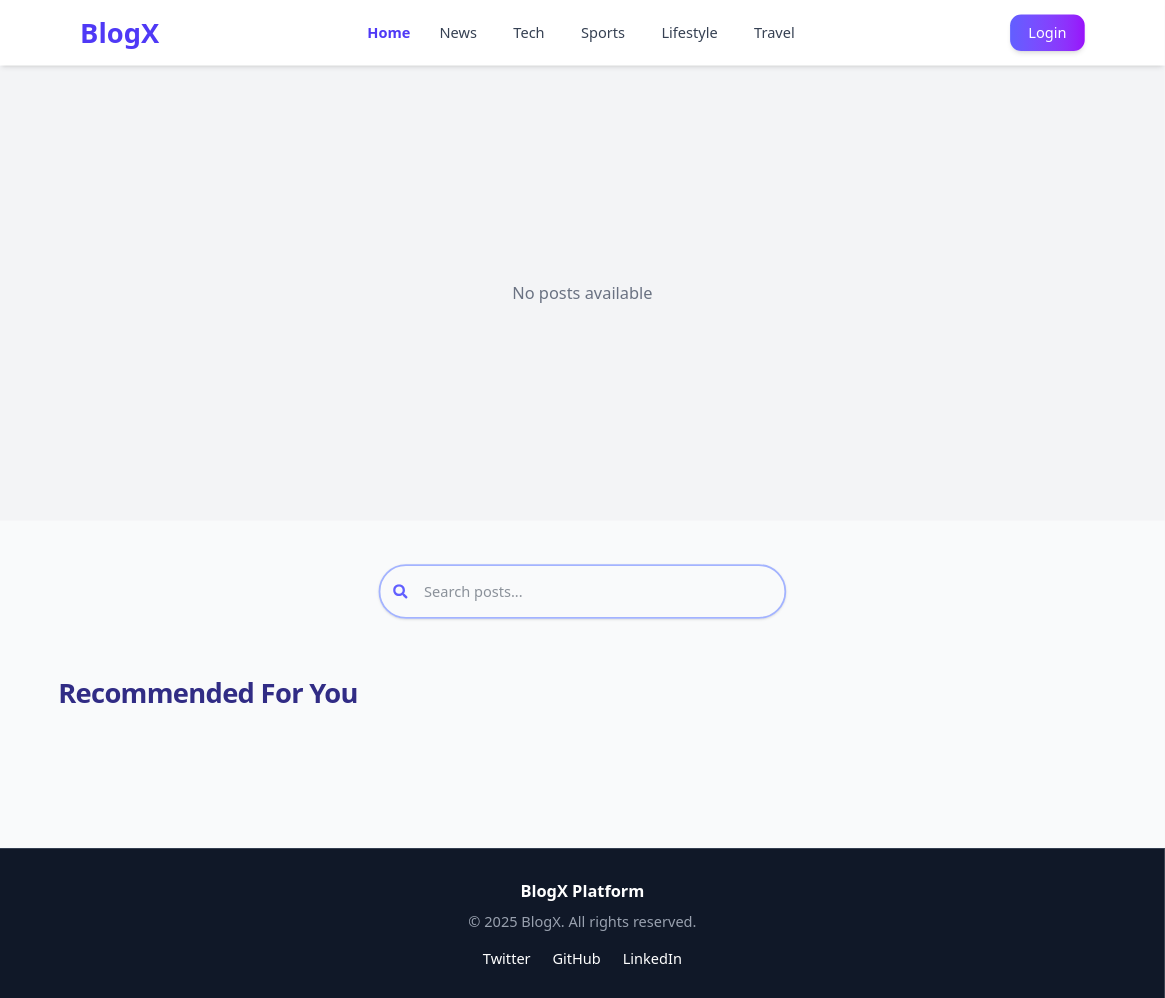
Repository: kundanchouhan12/BlogX
Page: / (app in blogx-Frontend/)
These files come from the project's save history. The page is drawn as it stood at one moment and after the next save; the edit follows.
The browser window is 1280 px wide. The pictures show the whole page, at 91% of full size.
The page's requests for data from a server got no answer. The project was rebuilt for these pictures with package versions that can differ from the ones it lists, and the page was loaded fresh each time. No one was signed in, and anything a server would have sent is missing. Also part of the build but not shown: blogx-Frontend/vite.config.js, blogx-Frontend/src/pages/Login.jsx, blogx-Frontend/src/pages/Signup.jsx, blogx-Frontend/src/pages/CreatePost.jsx, blogx-Frontend/src/components/PrivateRoute.jsx, blogx-Frontend/src/pages/BlogDetails.css, blogx-Frontend/src/pages/BlogDetails.jsx, blogx-Frontend/src/components/UpdatePost.jsx.

Above is the page before, as saved 2025-09-23 19:57:40.

### blogx-Frontend/src/main.jsx
// src/main.jsx
import ReactDOM from "react-dom/client";
import { BrowserRouter } from "react-router-dom";
import App from "./App";
import { AuthProvider } from "./context/AuthContext";
import { PostsProvider } from "./context/PostsContext";
import "./index.css"; // Ensure this exists

ReactDOM.createRoot(document.getElementById("root")).render(
    <BrowserRouter>
      <AuthProvider>
        <PostsProvider>
          <App />
        </PostsProvider>
      </AuthProvider>
    </BrowserRouter>
);

### blogx-Frontend/src/App.jsx
import { Routes, Route, Navigate } from "react-router-dom";
import Navbar from "./components/Navbar";
import Home from "./pages/Home";
import Login from "./pages/Login";
import Signup from "./pages/Signup";
import CreatePost from "./pages/CreatePost";
import PrivateRoute from "./components/PrivateRoute";
import BlogDetails from "./pages/BlogDetails";
import UpdatePost from "./components/UpdatePost";

export default function App() {
  return (
    <div className="min-h-screen flex flex-col">
      {/* Navbar har page par show hoga */}
      <Navbar />

      {/* Routes */}
      <div className="flex-grow">
        <Routes>
          <Route path="/" element={<Home />} />
          <Route path="/login" element={<Login />} />
          <Route path="/signup" element={<Signup />} />

          {/* Create Post */}
          <Route
            path="/create-post"
            element={
              <PrivateRoute>
                <CreatePost />
              </PrivateRoute>
            }
          />
          {/* Optional alias redirect: /create → /create-post */}
          <Route path="/create" element={<Navigate to="/create-post" />} />

          {/* Update Post */}
          <Route
            path="/update-post/:id"
            element={
              <PrivateRoute>
                <UpdatePost />
              </PrivateRoute>
            }
          />

          {/* Blog Details */}
          <Route
            path="/posts/:id"
            element={
              <PrivateRoute>
                <BlogDetails />
              </PrivateRoute>
            }
          />
        </Routes>
      </div>
    </div>
  );
}

### blogx-Frontend/src/context/AuthContext.jsx
import { createContext, useContext, useState } from "react";
import { useNavigate } from "react-router-dom";
import axios from "axios";

const API_URL = import.meta.env.VITE_BACKEND_URL;

const AuthContext = createContext();

export function AuthProvider({ children }) {
  const navigate = useNavigate();
  const [user, setUser] = useState(() => {
    const saved = localStorage.getItem("user");
    try {
      return saved ? JSON.parse(saved) : null;
    } catch {
      localStorage.removeItem("user");
      return null;
    }
  });
  const [token, setToken] = useState(() => localStorage.getItem("token") || null);

  const login = (userData, jwtToken) => {
      console.log("Logging in token:", jwtToken); // debug
    setUser(userData);
    setToken(jwtToken);
    localStorage.setItem("user", JSON.stringify(userData));
    localStorage.setItem("token", jwtToken);
    navigate("/");
  };

  const logout = () => {
    setUser(null);
    setToken(null);
    localStorage.removeItem("user");
    localStorage.removeItem("token");
    navigate("/login");
  };

  const signup = async (userData) => {
    try {
      const res = await axios.post(`${API_URL}/api/auth/signup`, userData);
      const { user, token } = res.data;
      setUser(user);
      setToken(token);
      localStorage.setItem("user", JSON.stringify(user));
      localStorage.setItem("token", token);
      navigate("/login");
    } catch (err) {
      console.error("Signup error:", err.response?.data || err.message);
      throw err;
    }
  };

  return (
    <AuthContext.Provider value={{ user, token, login, logout, signup, API_URL }}>
      {children}
    </AuthContext.Provider>
  );
}

export const useAuth = () => useContext(AuthContext);

### blogx-Frontend/src/index.css
@tailwind base;
@tailwind components;
@tailwind utilities;

body {
  @apply bg-gray-100 text-gray-800;
}
@import "tailwindcss";

### blogx-Frontend/src/pages/Home.jsx
import { useEffect, useState } from "react";
import { useAuth } from "../context/AuthContext";
import { usePosts } from "../context/PostsContext";
import { Link } from "react-router-dom";
import { FaArrowRight, FaFeatherAlt, FaSearch } from "react-icons/fa";
import Footer from "../components/Footer";
import axios from "axios";

export default function Home() {
  const { posts, fetchPosts } = usePosts();
  const { user, API_URL, token } = useAuth();
  const [search, setSearch] = useState("");
  const [currentPage, setCurrentPage] = useState(1);
  const postsPerPage = 6;
  const [users, setUsers] = useState([]);
  const [topAuthors, setTopAuthors] = useState([]);

  // Fetch users from backend
  const fetchUsers = async () => {
    try {
      const res = await axios.get(`${API_URL}/api/users`, {
        headers: token ? { Authorization: `Bearer ${token}` } : {},
      });
      setUsers(res.data || []);
    } catch (err) {
      console.error("fetchUsers error:", err.response?.data || err.message);
      setUsers([]);
    }
  };

  // Top authors logic
  useEffect(() => {
    if (!users.length || !posts.length) return;
    const authorPostCount = users.map((u) => {
      const count = posts.filter((p) => p.username === u.name).length;
      return { ...u, postCount: count };
    });
    const sortedAuthors = authorPostCount
      .sort((a, b) => b.postCount - a.postCount)
      .slice(0, 5);
    setTopAuthors(sortedAuthors);
  }, [users, posts]);

  // Refresh posts and users periodically
  useEffect(() => {
    fetchPosts();
    fetchUsers();
    const interval = setInterval(() => {
      fetchPosts();
      fetchUsers();
    }, 30000);
    return () => clearInterval(interval);
  }, [fetchPosts]);

  // Filter posts by search
  const filteredPosts = posts.filter((p) =>
    [p.title, p.content, p.username].some((field) =>
      field?.toLowerCase().includes(search.toLowerCase())
    )
  );

  // Pagination
  const totalPages = Math.ceil(filteredPosts.length / postsPerPage);
  const startIndex = (currentPage - 1) * postsPerPage;
  const displayedPosts = [...filteredPosts]
    .sort((a, b) => new Date(b.createdAt) - new Date(a.createdAt))
    .slice(startIndex, startIndex + postsPerPage);

  const handlePageClick = (page) => setCurrentPage(page);
  const handleNext = () =>
    setCurrentPage((prev) => Math.min(prev + 1, totalPages));
  const handlePrev = () => setCurrentPage((prev) => Math.max(prev - 1, 1));

  // Slider: latest 5 posts with images
  const sliderPosts = [...posts]
    .filter((p) => p.imageUrl)
    .sort((a, b) => new Date(b.createdAt) - new Date(a.createdAt))
    .slice(0, 5);

  // Recommended posts for "Recently Added / Recommended For You"
  const recommendedPosts = [...posts]
    .sort((a, b) => new Date(b.createdAt) - new Date(a.createdAt))
    .slice(0, 5);

  function HeroSlider({ posts }) {
    const [current, setCurrent] = useState(0);
    useEffect(() => {
      if (!posts.length) return;
      const interval = setInterval(
        () => setCurrent((prev) => (prev + 1) % posts.length),
        5000
      );
      return () => clearInterval(interval);
    }, [posts]);

    if (!posts.length)
      return (
        <div className="h-[300px] sm:h-[400px] md:h-[500px] flex items-center justify-center bg-gray-100">
          <p className="text-gray-500 text-lg">No posts available</p>
        </div>
      );

    const post = posts[current];
    return (
      <div className="relative w-full h-[300px] sm:h-[400px] md:h-[500px] overflow-hidden rounded-xl shadow-2xl transition-all duration-700 ease-in-out">
        <img
          src={post.imageUrl}
          alt={post.title}
          className="absolute inset-0 w-full h-full object-cover scale-105 blur-sm"
        />
        <div className="absolute inset-0 bg-gradient-to-t from-black via-black/60 to-transparent" />
        <div className="relative z-10 flex flex-col justify-center h-full max-w-4xl mx-auto px-4 sm:px-6 text-white text-center sm:text-left">
          <span className="bg-indigo-600 px-4 py-1 rounded-full text-sm font-semibold w-fit mb-4 shadow-md mx-auto sm:mx-0">
            {post.username || user?.name || "Anonymous"}
          </span>
          <h1 className="text-3xl sm:text-4xl md:text-5xl font-extrabold leading-tight drop-shadow-xl">
            {post.title}
          </h1>
          <p className="mt-4 text-base sm:text-lg text-indigo-100 max-w-2xl mx-auto sm:mx-0 line-clamp-3">
            {post.content}
          </p>
          <Link
            to={`/posts/${post.id}`}
            className="mt-6 inline-flex items-center gap-2 bg-white text-indigo-700 font-bold px-6 py-3 rounded-full shadow-lg hover:scale-105 hover:bg-indigo-100 transition-transform mx-auto sm:mx-0"
          >
            Read Full Story <FaArrowRight />
          </Link>
        </div>
      </div>
    );
  }

  return (
    <div className="flex flex-col min-h-screen bg-gray-50 font-sans">
      <main className="flex-grow pb-12">
        <HeroSlider posts={sliderPosts} />

        <div className="max-w-7xl mx-auto px-4 sm:px-6 lg:px-8 w-full mt-12">
          {/* Search Bar */}
          <div className="flex justify-center mb-6">
            <div className="relative w-full max-w-md">
              <input
                type="text"
                placeholder="Search posts..."
                value={search}
                onChange={(e) => {
                  setSearch(e.target.value);
                  setCurrentPage(1);
                }}
                className="w-full p-4 pl-12 border-2 border-indigo-300 rounded-full shadow-sm focus:outline-none focus:ring-2 focus:ring-indigo-500 transition"
              />
              <FaSearch className="absolute left-4 top-1/2 transform -translate-y-1/2 text-indigo-500" />
            </div>
          </div>

          {/* Recommended For You Section */}
          <div className="mt-16 px-4 sm:px-6 lg:px-8">
            <h2 className="text-3xl font-bold text-indigo-900 mb-8 tracking-tight">
              Recommended For You
            </h2>

            <div className="flex overflow-x-auto space-x-6 pb-6 scrollbar-thin scrollbar-thumb-indigo-300 scrollbar-track-transparent">
              {recommendedPosts.map((post) => (
                <div
                  key={post.id}
                  className="min-w-[280px] max-w-sm bg-white rounded-2xl shadow-lg hover:shadow-xl transition-shadow duration-300 flex-shrink-0 border border-gray-100"
                >
                  <img
                    src={post.imageUrl || "https://via.placeholder.com/400x200"}
                    alt={post.title}
                    className="w-full h-44 object-cover rounded-t-2xl"
                  />
                  <div className="p-5 flex flex-col justify-between h-full">
                    <h3 className="text-lg font-semibold text-indigo-800 mb-2 line-clamp-2">
                      {post.title}
                    </h3>
                    <p className="text-gray-600 text-sm mb-4 line-clamp-3">
                      {post.content}
                    </p>
                    <div className="flex justify-between items-center text-sm text-gray-500">
                      <span>
                        By {post.username || user?.name || "Anonymous"}
                      </span>
                      <Link
                        to={`/posts/${post.id}`}
                        className="text-indigo-600 font-medium hover:text-indigo-800 transition-colors flex items-center gap-1"
                      >
                        Read <FaArrowRight className="text-xs" />
                      </Link>
                    </div>
                  </div>
                </div>
              ))}
            </div>
          </div>

          {/* Posts Grid */}
          <div className="grid grid-cols-1 sm:grid-cols-2 lg:grid-cols-3 gap-6 sm:gap-8 mt-12">
            {displayedPosts.map((post) => (
              <div
                key={post.id}
                className="bg-white rounded-2xl shadow-lg hover:shadow-2xl hover:-translate-y-1 transition-all duration-300 overflow-hidden flex flex-col"
              >
                <img
                  src={post.imageUrl || "https://via.placeholder.com/400x200"}
                  alt={post.title}
                  className="w-full h-40 sm:h-48 md:h-56 object-cover"
                />
                <div className="p-4 flex flex-col justify-between flex-grow">
                  <div>
                    <h2 className="text-lg font-bold text-indigo-800 hover:underline transition line-clamp-2">
                      {post.title}
                    </h2>
                    <p className="text-gray-600 mt-2 text-sm line-clamp-3">
                      {post.content}
                    </p>
                  </div>
                  <div className="flex justify-between items-center mt-4">
                    <div className="flex items-center text-gray-500 text-sm">
                      <FaFeatherAlt className="mr-2 text-indigo-500" />
                      <span>
                        By {post.username || user?.name || "Anonymous"}
                      </span>
                    </div>
                    <Link
                      to={`/posts/${post.id}`}
                      className="text-indigo-600 font-semibold hover:underline flex items-center gap-1 text-sm"
                    >
                      Read More <FaArrowRight />
                    </Link>
                  </div>
                </div>
              </div>
            ))}
          </div>

          {/* Most Active Authors Section */}
          {topAuthors.length > 0 && (
            <div className="mt-16">
              <h2 className="text-2xl font-bold text-indigo-800 mb-6">
                Most Active Authors
              </h2>
              <div className="grid grid-cols-2 sm:grid-cols-3 lg:grid-cols-5 gap-6">
                {topAuthors.map((author) => (
                  <div
                    key={author.id}
                    className="bg-white rounded-xl shadow-md hover:shadow-lg transition p-4 flex flex-col items-center text-center"
                  >
                    <div className="h-12 w-12 rounded-full bg-indigo-100 flex items-center justify-center text-indigo-700 font-semibold mb-3">
                      {author.name?.[0]?.toUpperCase() || "A"}
                    </div>
                    <span className="text-indigo-700 font-semibold">
                      {author.name}
                    </span>
                    <span className="text-gray-500 text-sm mt-1">
                      {author.postCount} posts
                    </span>
                  </div>
                ))}
              </div>
            </div>
          )}
        </div>
      </main>

      <Footer />
    </div>
  );
}

### blogx-Frontend/src/components/Footer.jsx
export default function Footer() {
  return (
<footer className="bg-gray-900 text-white py-8 mt-auto border-t border-gray-700">
      <div className="max-w-7xl mx-auto px-4 sm:px-6 lg:px-8 text-center">
        <p className="text-lg font-semibold">BlogX Platform</p>
        <p className="mt-2 text-gray-400">
          © {new Date().getFullYear()} BlogX. All rights reserved.
        </p>
        <div className="flex justify-center gap-6 mt-4">
          <a
            href="https://twitter.com"
            target="_blank"
            rel="noreferrer"
            className="hover:text-indigo-400"
          >
            Twitter
          </a>
          <a
            href="https://github.com"
            target="_blank"
            rel="noreferrer"
            className="hover:text-indigo-400"
          >
            GitHub
          </a>
          <a
            href="https://linkedin.com"
            target="_blank"
            rel="noreferrer"
            className="hover:text-indigo-400"
          >
            LinkedIn
          </a>
        </div>
      </div>
    </footer>
  );
}

Loaded but not shown: blogx-Frontend/index.html (common file); blogx-Frontend/src/components/Navbar.jsx (156 lines, source omitted); blogx-Frontend/src/context/PostsContext.jsx (105 lines, source omitted)

After the next save:
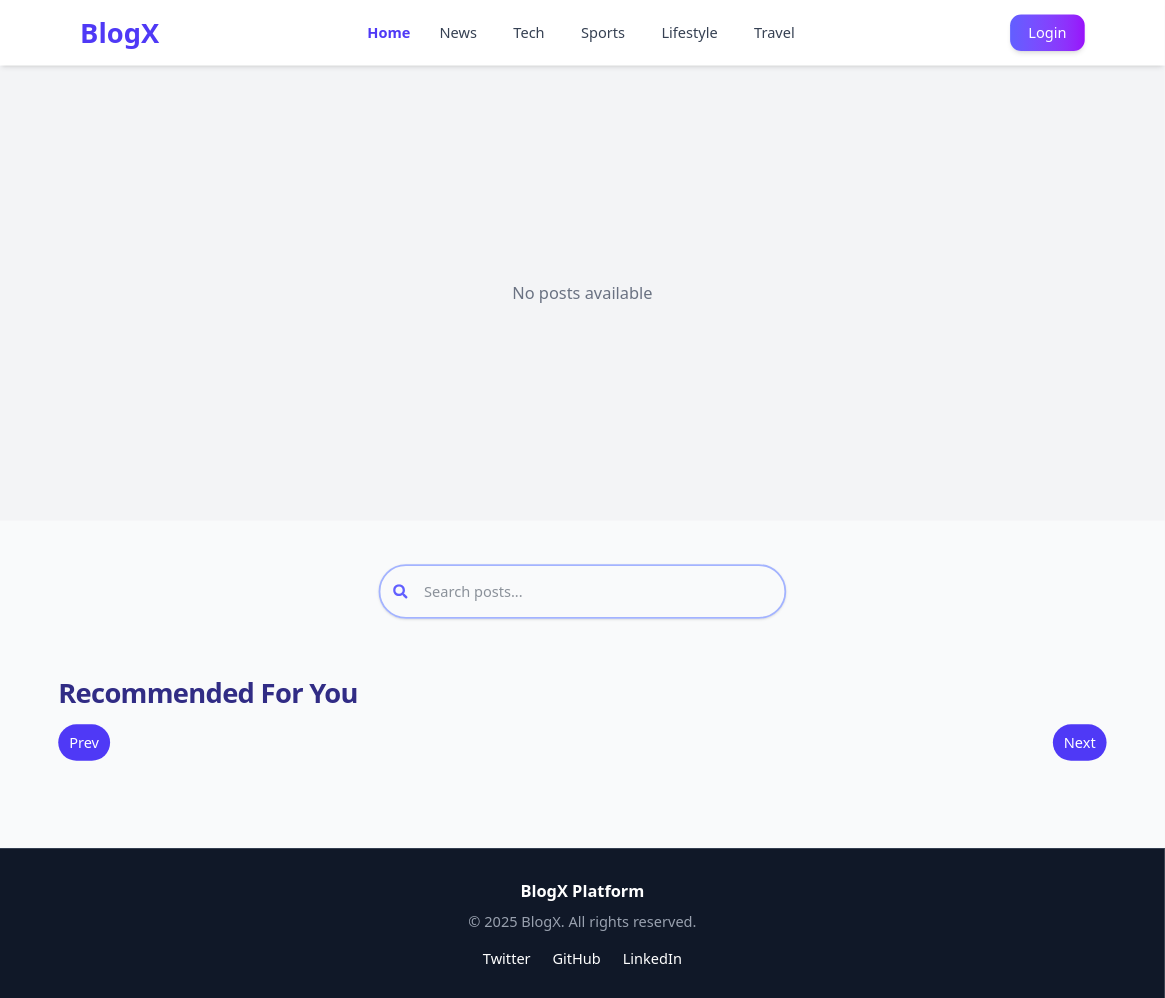
Saved 4 min 36 s later.
--- a/blogx-Frontend/src/pages/Home.jsx
+++ b/blogx-Frontend/src/pages/Home.jsx
@@ -81,6 +81,28 @@ export default function Home() {
   const recommendedPosts = [...posts]
     .sort((a, b) => new Date(b.createdAt) - new Date(a.createdAt))
     .slice(0, 5);
+    // Recommended section state
+const [recIndex, setRecIndex] = useState(0);
+const recPerPage = 3; // ek page me kitne posts show karne hain
+
+// Calculated posts slice
+const displayedRecommended = recommendedPosts.slice(recIndex, recIndex + recPerPage);
+
+// Handlers
+const handleRecNext = () => {
+  setRecIndex((prev) =>
+    prev + recPerPage >= recommendedPosts.length ? 0 : prev + recPerPage
+  );
+};
+
+const handleRecPrev = () => {
+  setRecIndex((prev) =>
+    prev - recPerPage < 0
+      ? Math.max(recommendedPosts.length - recPerPage, 0)
+      : prev - recPerPage
+  );
+};
+
 
   function HeroSlider({ posts }) {
     const [current, setCurrent] = useState(0);
@@ -155,44 +177,57 @@ export default function Home() {
 
           {/* Recommended For You Section */}
           <div className="mt-16 px-4 sm:px-6 lg:px-8">
-            <h2 className="text-3xl font-bold text-indigo-900 mb-8 tracking-tight">
-              Recommended For You
-            </h2>
-
-            <div className="flex overflow-x-auto space-x-6 pb-6 scrollbar-thin scrollbar-thumb-indigo-300 scrollbar-track-transparent">
-              {recommendedPosts.map((post) => (
-                <div
-                  key={post.id}
-                  className="min-w-[280px] max-w-sm bg-white rounded-2xl shadow-lg hover:shadow-xl transition-shadow duration-300 flex-shrink-0 border border-gray-100"
-                >
-                  <img
-                    src={post.imageUrl || "https://via.placeholder.com/400x200"}
-                    alt={post.title}
-                    className="w-full h-44 object-cover rounded-t-2xl"
-                  />
-                  <div className="p-5 flex flex-col justify-between h-full">
-                    <h3 className="text-lg font-semibold text-indigo-800 mb-2 line-clamp-2">
-                      {post.title}
-                    </h3>
-                    <p className="text-gray-600 text-sm mb-4 line-clamp-3">
-                      {post.content}
-                    </p>
-                    <div className="flex justify-between items-center text-sm text-gray-500">
-                      <span>
-                        By {post.username || user?.name || "Anonymous"}
-                      </span>
-                      <Link
-                        to={`/posts/${post.id}`}
-                        className="text-indigo-600 font-medium hover:text-indigo-800 transition-colors flex items-center gap-1"
-                      >
-                        Read <FaArrowRight className="text-xs" />
-                      </Link>
-                    </div>
-                  </div>
-                </div>
-              ))}
+  <h2 className="text-3xl font-bold text-indigo-900 mb-4 tracking-tight">
+    Recommended For You
+  </h2>
+
+  <div className="flex items-center gap-4">
+    <button
+      onClick={handleRecPrev}
+      className="px-3 py-2 bg-indigo-600 text-white rounded-full hover:bg-indigo-700 transition"
+    >
+      Prev
+    </button>
+
+    <div className="flex gap-6 overflow-hidden w-full">
+      {displayedRecommended.map((post) => (
+        <div
+          key={post.id}
+          className="min-w-[280px] max-w-sm bg-white rounded-2xl shadow-lg hover:shadow-xl transition-shadow duration-300 flex-shrink-0 border border-gray-100"
+        >
+          <img
+            src={post.imageUrl || "https://via.placeholder.com/400x200"}
+            alt={post.title}
+            className="w-full h-44 object-cover rounded-t-2xl"
+          />
+          <div className="p-5 flex flex-col justify-between h-full">
+            <h3 className="text-lg font-semibold text-indigo-800 mb-2 line-clamp-2">
+              {post.title}
+            </h3>
+            <p className="text-gray-600 text-sm mb-4 line-clamp-3">{post.content}</p>
+            <div className="flex justify-between items-center text-sm text-gray-500">
+              <span>By {post.username || user?.name || "Anonymous"}</span>
+              <Link
+                to={`/posts/${post.id}`}
+                className="text-indigo-600 font-medium hover:text-indigo-800 transition-colors flex items-center gap-1"
+              >
+                Read <FaArrowRight className="text-xs" />
+              </Link>
             </div>
           </div>
+        </div>
+      ))}
+    </div>
+
+    <button
+      onClick={handleRecNext}
+      className="px-3 py-2 bg-indigo-600 text-white rounded-full hover:bg-indigo-700 transition"
+    >
+      Next
+    </button>
+  </div>
+</div>
+
 
           {/* Posts Grid */}
           <div className="grid grid-cols-1 sm:grid-cols-2 lg:grid-cols-3 gap-6 sm:gap-8 mt-12">
